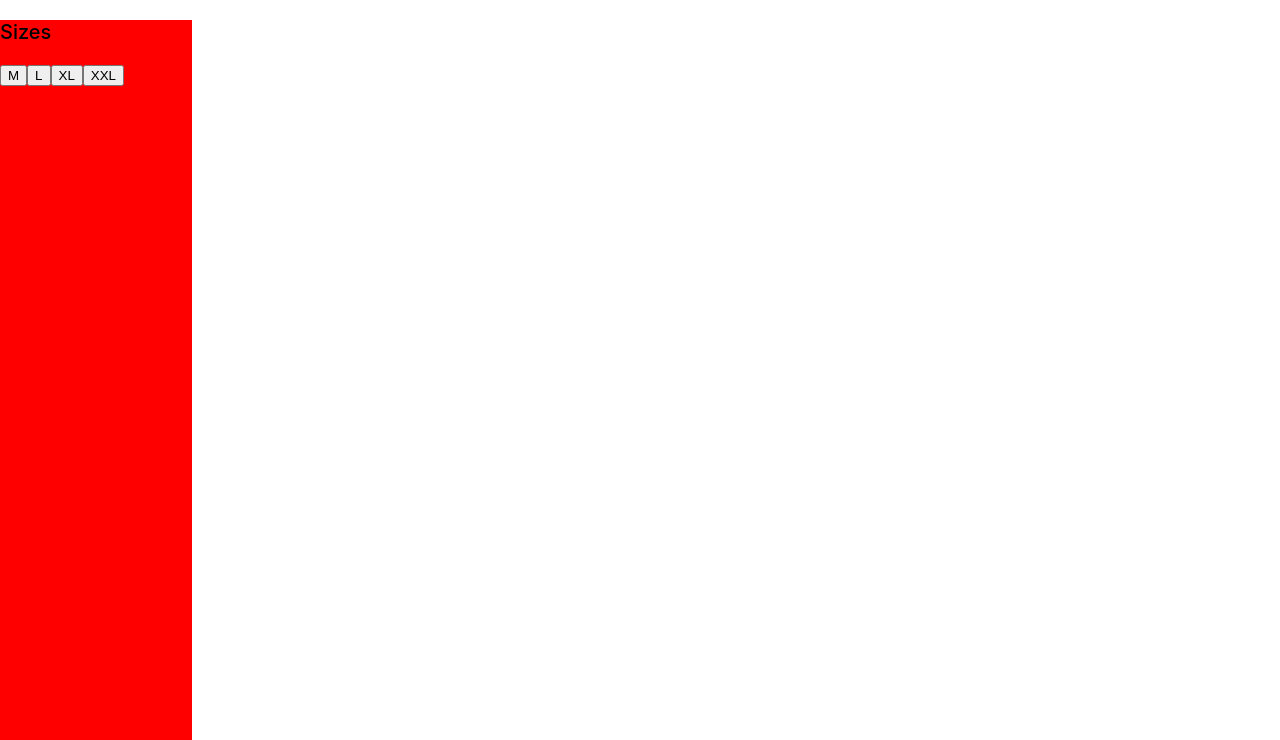
Repository: 0584386177/GiuaKyReactJs
Page: /
An editor plug-in stored every save of this project. The page is shown before and after the next save, followed by the edit.
The browser window is 1280 px wide. The pictures show the whole page.
The page's requests for data from a server got no answer. The project was rebuilt for these pictures with package versions that can differ from the ones it lists, and the page was loaded fresh each time. No one was signed in, and anything a server would have sent is missing.

Above is the page before, as saved 2023-10-16 14:43:43.

After the next save:
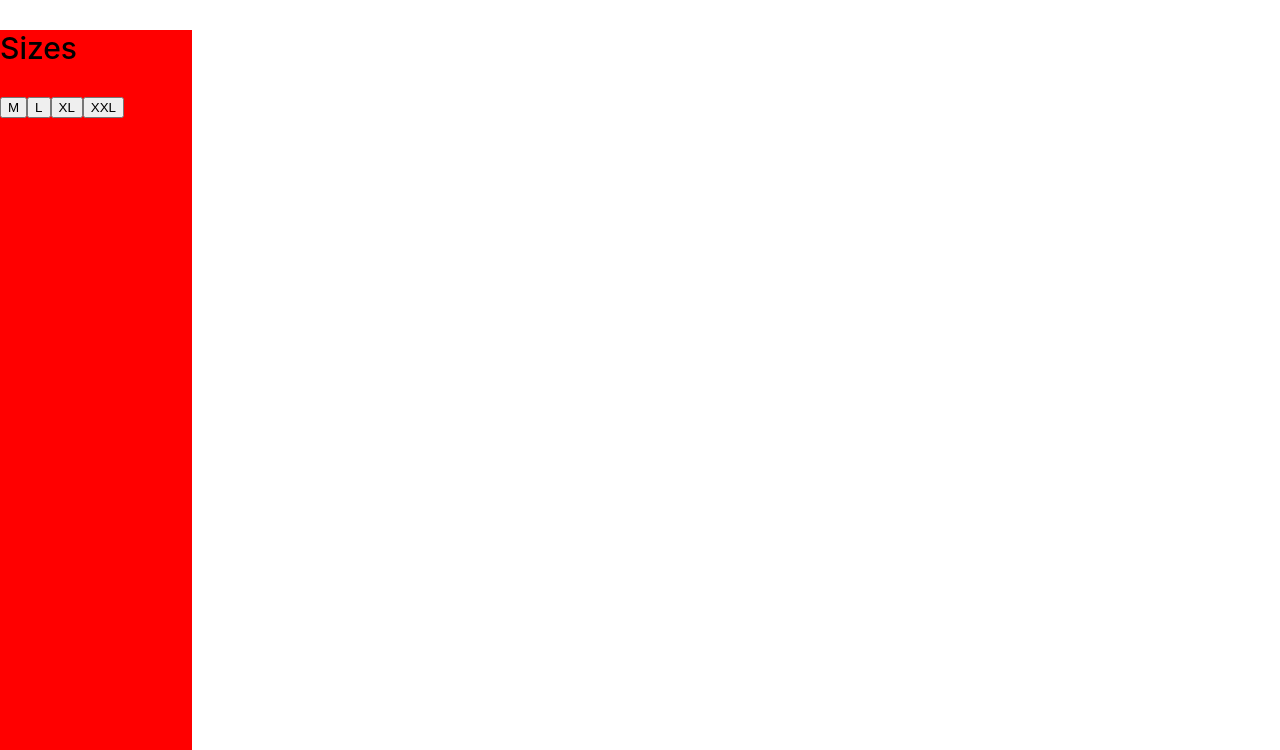
Saved 5 s later.
--- a/src/components/Sizes.jsx
+++ b/src/components/Sizes.jsx
@@ -7,7 +7,7 @@ import styled from 'styled-components';
 `
 const SizesTitle = styled.h3`
     font-weight: 500;
-    font-size: 20px;
+    font-size: 30px;
 `
 const Sizes = () => {
 
